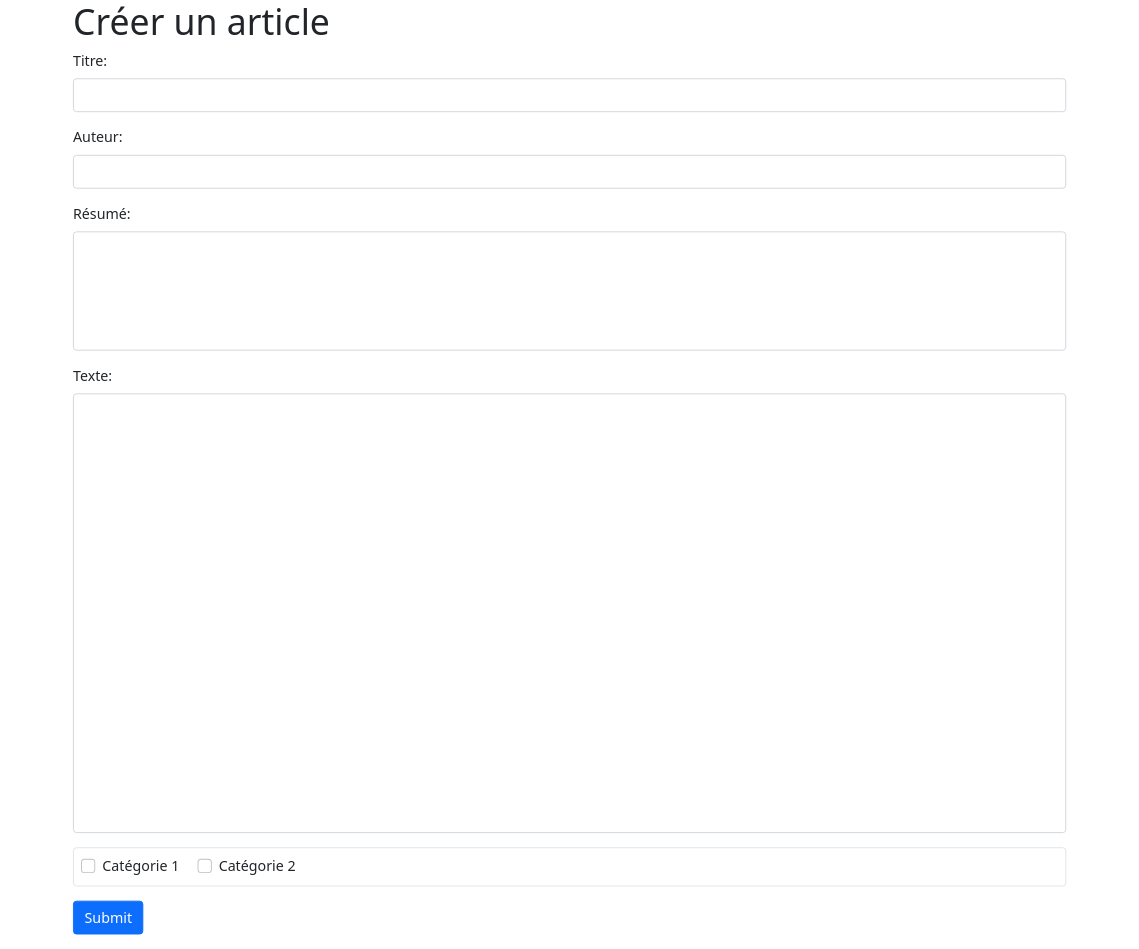
Repository: QuentinFayt/NewsWeb
Page: sources/adminNewsWeb/createArticle.html
These files come from the project's save history. The page is drawn as it stood at one moment and after the next save; the edit follows.
The browser window is 1280 px wide. The pictures show the whole page, at 89% of full size.

Above is the page before, as saved 2021-12-23 11:23:56.

After the next save:
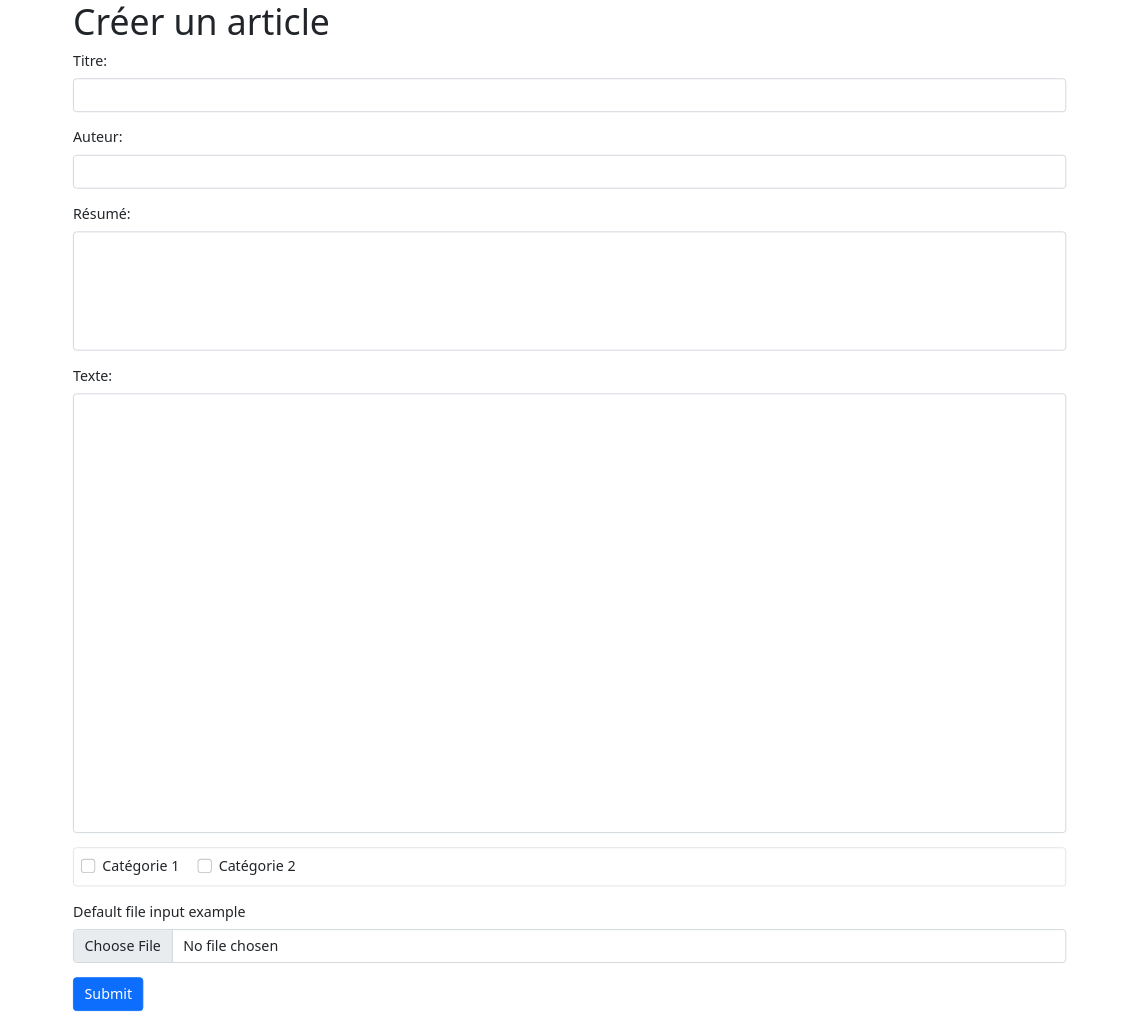
Saved 7 min 28 s later.
--- a/sources/adminNewsWeb/createArticle.html
+++ b/sources/adminNewsWeb/createArticle.html
@@ -43,6 +43,11 @@
                 </div>
             </fieldset>
             <div class="mb-3">
+                <label for="formFile" class="form-label">Default file input example</label>
+                <input class="form-control" type="file" id="formFile">
+            </div>
+
+            <div class="mb-3">
                 <button type="submit" class="btn btn-primary">Submit</button>
             </div>
         </form>
